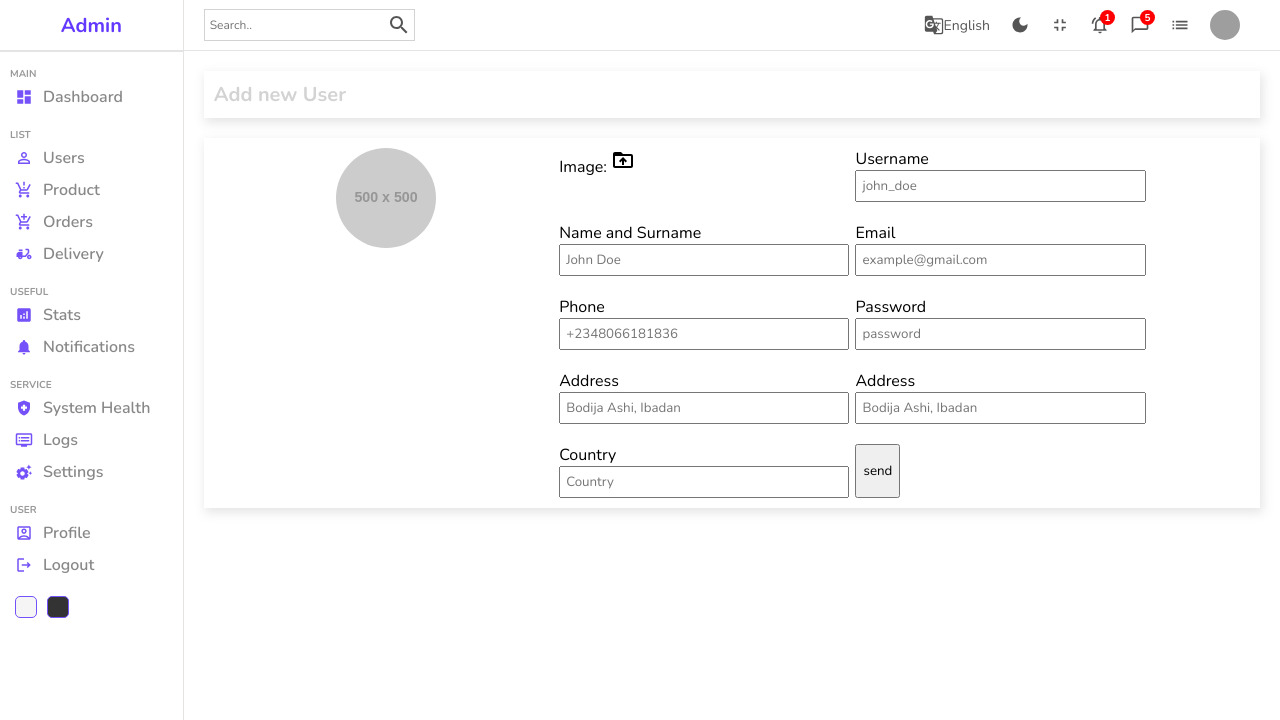
Repository: maescode/simple-react-admin-dashboard
Page: /users/new
These files come from the project's save history. The page is drawn as it stood at one moment and after the next save; the edit follows.
The browser window is 1280 px wide. The pictures show the whole page.
Pictures or frames that could not be fetched are drawn as grey boxes. The project was rebuilt for these pictures with package versions that can differ from the ones it lists, and the page was loaded fresh each time. Also part of the build but not shown: src/App.css, src/pages/home/home.scss, src/pages/components/widget/widget.scss, src/pages/components/widget/Widget.jsx, src/pages/components/featured/featured.scss, src/pages/components/featured/Featured.jsx, src/pages/components/chart/chart.scss, src/pages/components/chart/Chart.jsx and 11 more.

Above is the page before, as saved 2022-08-10 06:04:42.

After the next save:
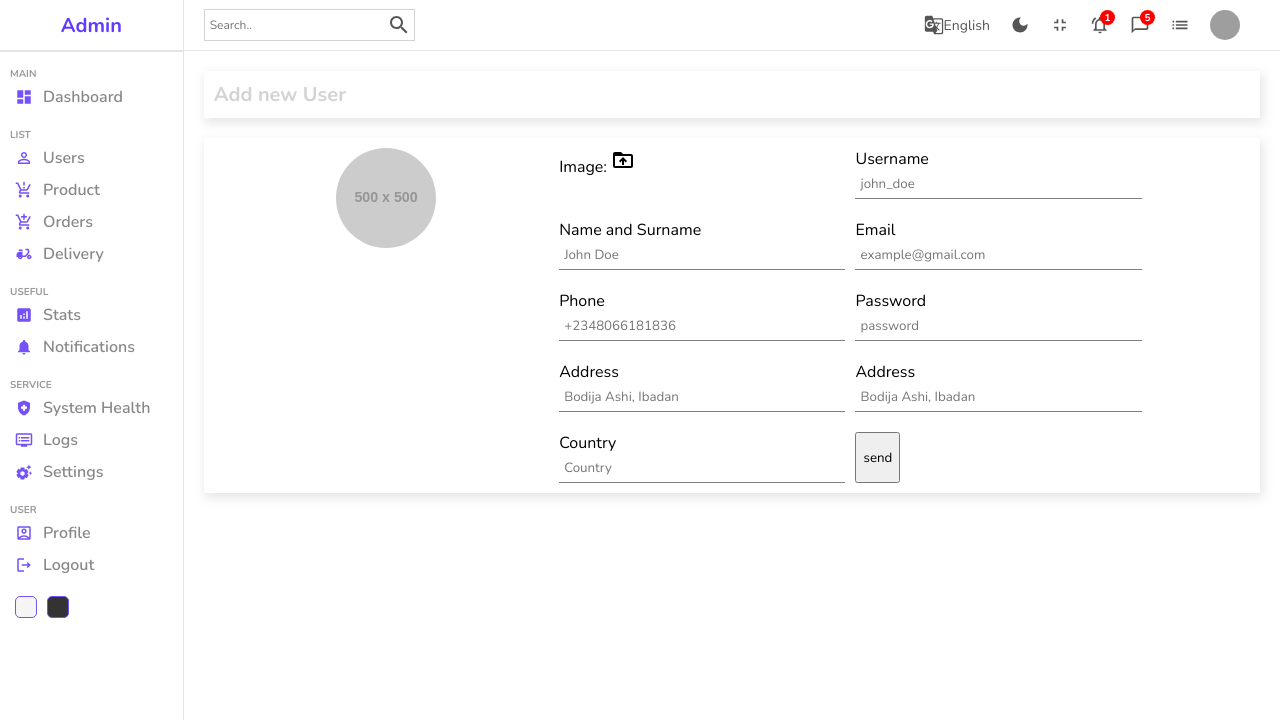
Saved 30 s later.
--- a/src/pages/new/new.scss
+++ b/src/pages/new/new.scss
@@ -42,6 +42,8 @@
           input {
             width: 100%;
             padding: 5px;
+            border: none;
+            border-bottom: 1px solid gray;
           }
         }
       }
